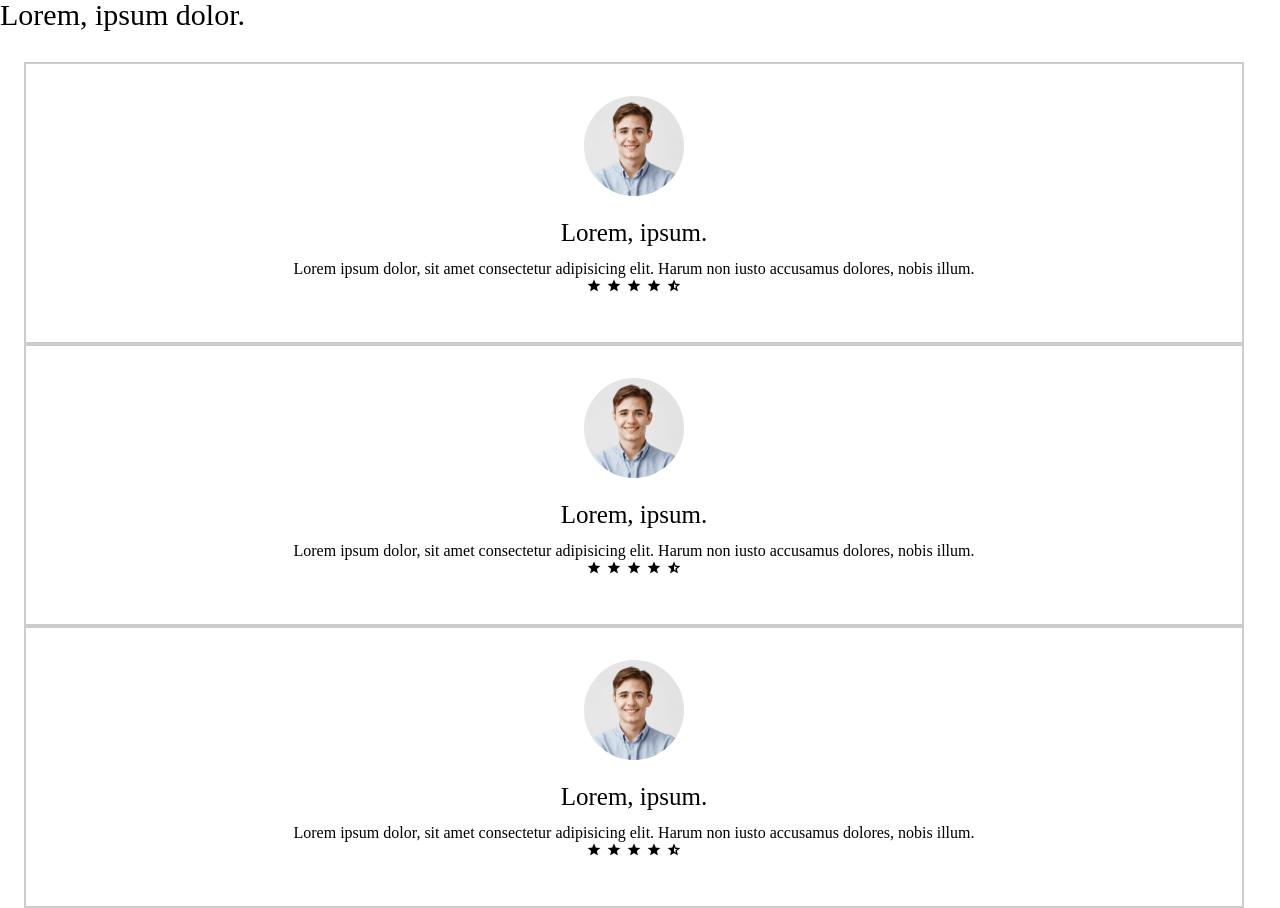
Repository: dinhhaidh/slider-3
Page: index.html
These files come from the project's save history. The page is drawn as it stood at one moment and after a run of saves; the edit follows.
The browser window is 1280 px wide. The pictures show the whole page.

Above is the page before, as saved 2024-03-22 21:54:11.

### index.html
<!DOCTYPE html>
<html lang="en">
<head>
    <meta charset="UTF-8">
    <meta name="viewport" content="width=device-width, initial-scale=1.0">
    <title>Document</title>
    <link rel="stylesheet" href="https://cdnjs.cloudflare.com/ajax/libs/remixicon/4.2.0/remixicon.min.css">

    <link rel="stylesheet" href="./css/swiper-bundle.min.css">

    <link rel="stylesheet" href="./css/style.css">

</head>
<body>
    <div class="new">
        <h3 class="new__title">
            Lorem, ipsum dolor.
        </h3>

        <div class="new__container container">
            <div class="new__swiper">
                <div>
                    <article class="new__card new__article">
                        <img src="./img1.png" alt="" class="new__img">
                        <h3 class="new__subtitle">
                            Lorem, ipsum.
                        </h3>
                        <p class="new__description">
                            Lorem ipsum dolor, sit amet consectetur adipisicing elit. Harum non iusto accusamus dolores, nobis illum.
                        </p>
                        <div class="new__stars">
                            <i class="ri-star-s-fill"></i>
                            <i class="ri-star-s-fill"></i>
                            <i class="ri-star-s-fill"></i>
                            <i class="ri-star-s-fill"></i>
                            <i class="ri-star-half-s-line"></i>
                        </div>
                    </article>

                    <article class="new__card new__article">
                        <img src="./img1.png" alt="" class="new__img">
                        <h3 class="new__subtitle">
                            Lorem, ipsum.
                        </h3>
                        <p class="new__description">
                            Lorem ipsum dolor, sit amet consectetur adipisicing elit. Harum non iusto accusamus dolores, nobis illum.
                        </p>
                        <div class="new__stars">
                            <i class="ri-star-s-fill"></i>
                            <i class="ri-star-s-fill"></i>
                            <i class="ri-star-s-fill"></i>
                            <i class="ri-star-s-fill"></i>
                            <i class="ri-star-half-s-line"></i>
                        </div>
                    </article>

                    <article class="new__card new__article">
                        <img src="./img1.png" alt="" class="new__img">
                        <h3 class="new__subtitle">
                            Lorem, ipsum.
                        </h3>
                        <p class="new__description">
                            Lorem ipsum dolor, sit amet consectetur adipisicing elit. Harum non iusto accusamus dolores, nobis illum.
                        </p>
                        <div class="new__stars">
                            <i class="ri-star-s-fill"></i>
                            <i class="ri-star-s-fill"></i>
                            <i class="ri-star-s-fill"></i>
                            <i class="ri-star-s-fill"></i>
                            <i class="ri-star-half-s-line"></i>
                        </div>
                    </article>
                </div>
            </div>
        </div>
    </div>

    <script src="./js/swiper-bundle.min.js"></script>
    <script src="./js/app.js"></script>
</body>
</html>

### css/style.css
*,
*:before,
*:after {
  box-sizing: border-box;
}
* {
  margin: 0;
  padding: 0;
  font: inherit;
}
img,
picture,
svg,
video {
  display: block;
  max-width: 100%;
}
input,
select,
textarea {
  background-color: transparent;
  outline: none;
}
button {
  cursor: pointer;
  background-color: transparent;
  outline: none;
  border: 0;
}
body {
  min-height: 100vh;
  font-weight: 400;
  font-size: 16px;
  line-height: 1;
}

.container{
  max-width: 1220px;
  Margin-inline: 1.5rem;
}


.new__title{
  font-size: 30px;
  margin-bottom: 2rem;
}

.new__card{
}
.new__article{
  padding: 2rem 2.5rem 3rem;
  text-align: center;
  border: 2px solid #ccc;
}
.new__img{
  width: 100px;
  border-radius: 50%;
  margin: 0 auto 1.5rem;
}
.new__subtitle{
  margin-bottom: 1rem;
  font-size: 25px;
}
.new__description{
  fz
}
.new__stars{

}
.ri-star-s-fill{

}
.ri-star-half-s-line{

}

### js/app.js

let swiperCustomer = new Swiper('.customer__swiper', {
    loop: true,
    spaceBetween: 16,
    slidesPerView: 'auto',
    centeredSlides: true,


     // Navigation arrows
    navigation: {
        nextEl: '.swiper-button-next',
        prevEl: '.swiper-button-prev',
    },

    breakpoints: {
        1150: {
            slidesPerView: 3,
            centeredSlides: false,
        }
    }
});

Loaded but not shown: css/swiper-bundle.min.css (library); js/swiper-bundle.min.js (library)

After the next 2 saves:
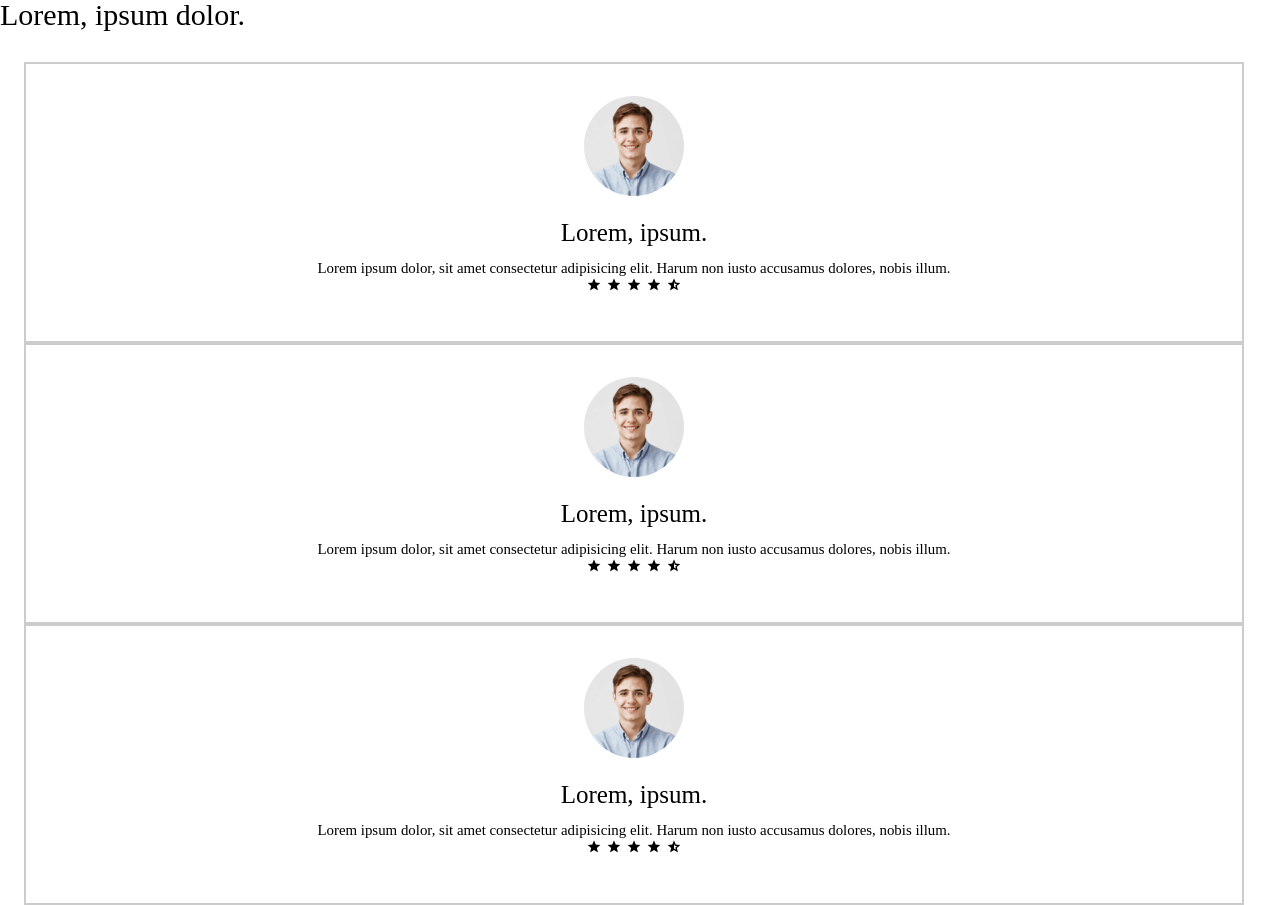
The 2 saves are shown as one change because they came seconds apart.
The last was saved 6 s later.
--- a/css/style.css
+++ b/css/style.css
@@ -62,7 +62,8 @@ body {
   font-size: 25px;
 }
 .new__description{
-  fz
+  font-size: 0.93rem;
+
 }
 .new__stars{
 
